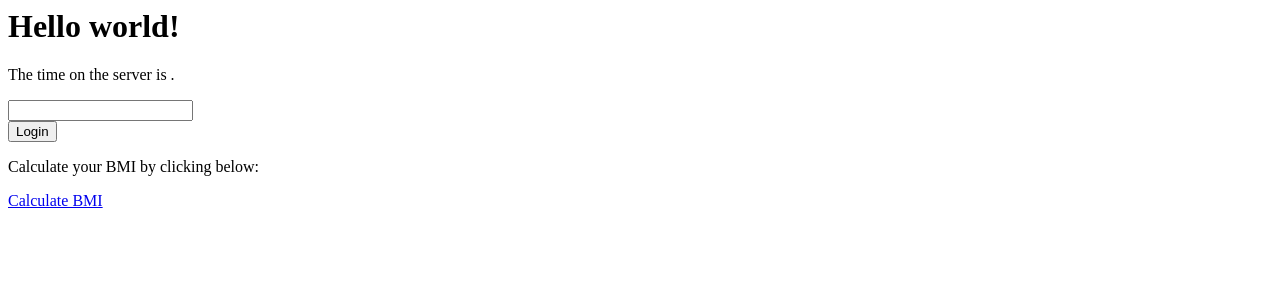
Repository: arivu0356/SpringMVC
Page: http://localhost/spring/WEB-INF/views/home.jsp
An editor plug-in stored every save of this project. The page is shown before and after the next save, followed by the edit.
The browser window is 1280 px wide. The pictures show the whole page.
The page is served by Tomcat 9. Nobody is signed in. The template is opened directly, without the code that normally fills it, so the values that code supplies are empty.

Above is the page before, as saved 2024-02-16 04:04:00.

After the next save:
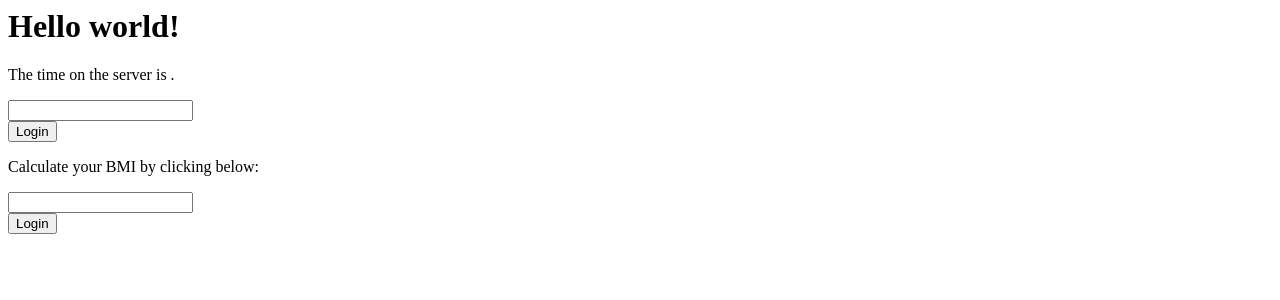
Saved 2 min 33 s later.
--- a/spring/src/main/webapp/WEB-INF/views/home.jsp
+++ b/spring/src/main/webapp/WEB-INF/views/home.jsp
@@ -17,7 +17,9 @@
 
 
 	    <p>Calculate your BMI by clicking below:</p>
-    <a href="/inputForm.jsp">Calculate BMI</a>
-
+    <form action="bmii" method="post">
+		<input type="text" name="userName"><br> <input
+			type="submit" value="Login">
+	</form>
 </body>
 </html>
